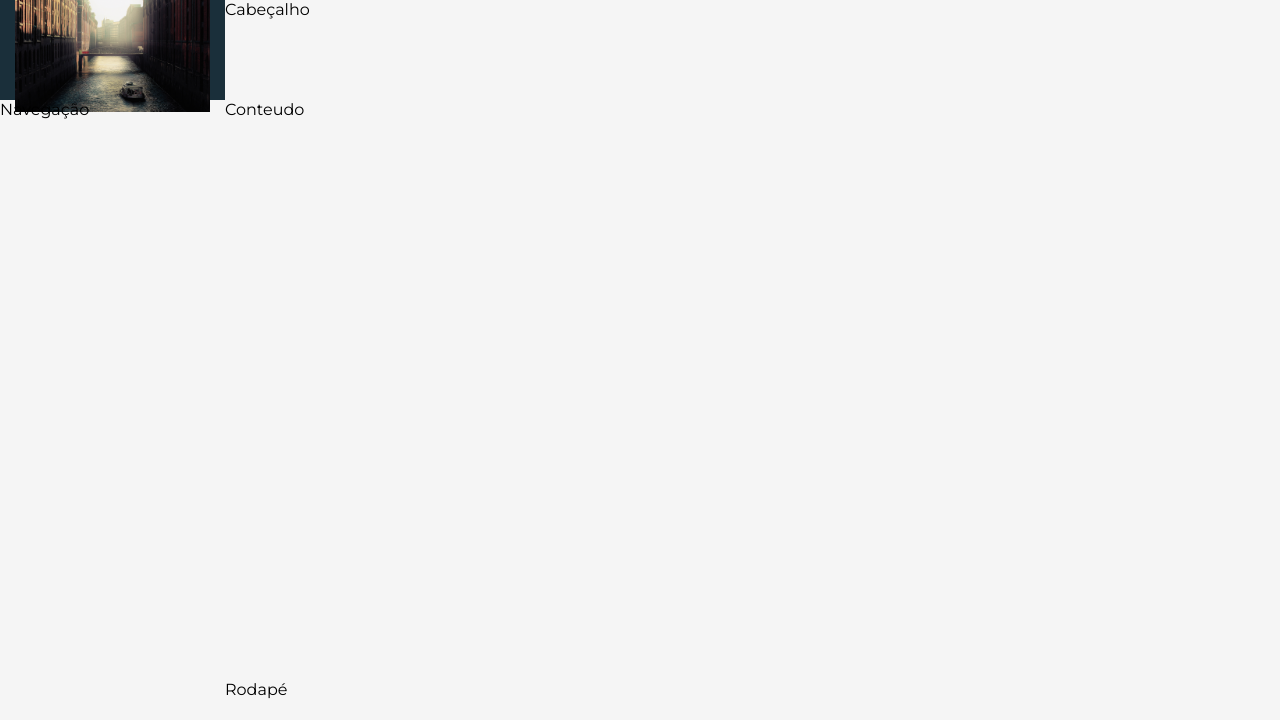
Repository: eversonps/projeto-cadastro-usuarios-firebase
Page: /users (app in frontend/)
An editor plug-in stored every save of this project. The page is shown before and after the next save, followed by the edit.
The browser window is 1280 px wide. The pictures show the whole page.
The project was rebuilt for these pictures with package versions that can differ from the ones it lists, and the page was loaded fresh each time. Also part of the build but not shown: frontend/src/components/template/nav.css, frontend/src/components/template/header.css, frontend/src/components/template/footer.css.

Above is the page before, as saved 2022-03-21 17:51:15.

After the next save:
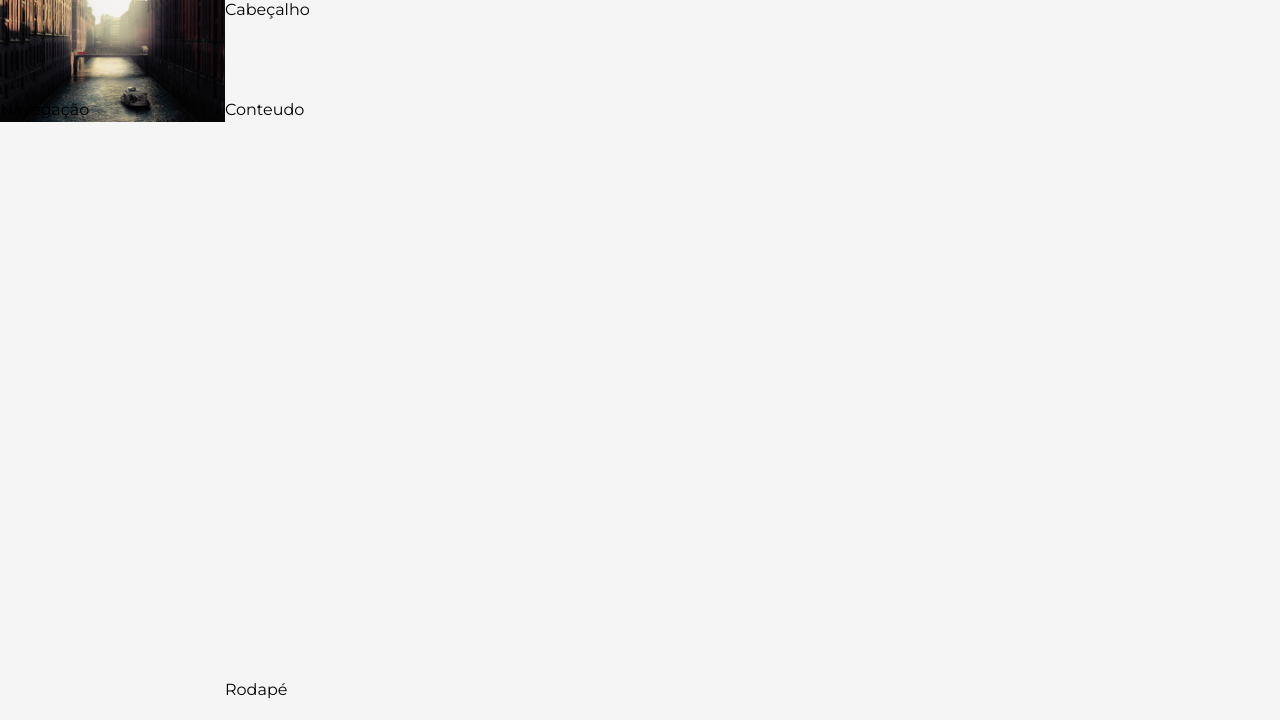
Saved 26 s later.
--- a/frontend/src/components/template/logo.css
+++ b/frontend/src/components/template/logo.css
@@ -6,6 +6,6 @@ aside.logo{
 }
 
 aside.logo img {
-    padding: 0px 15px;
+    padding: 0px;
     width: 100%;
 }
